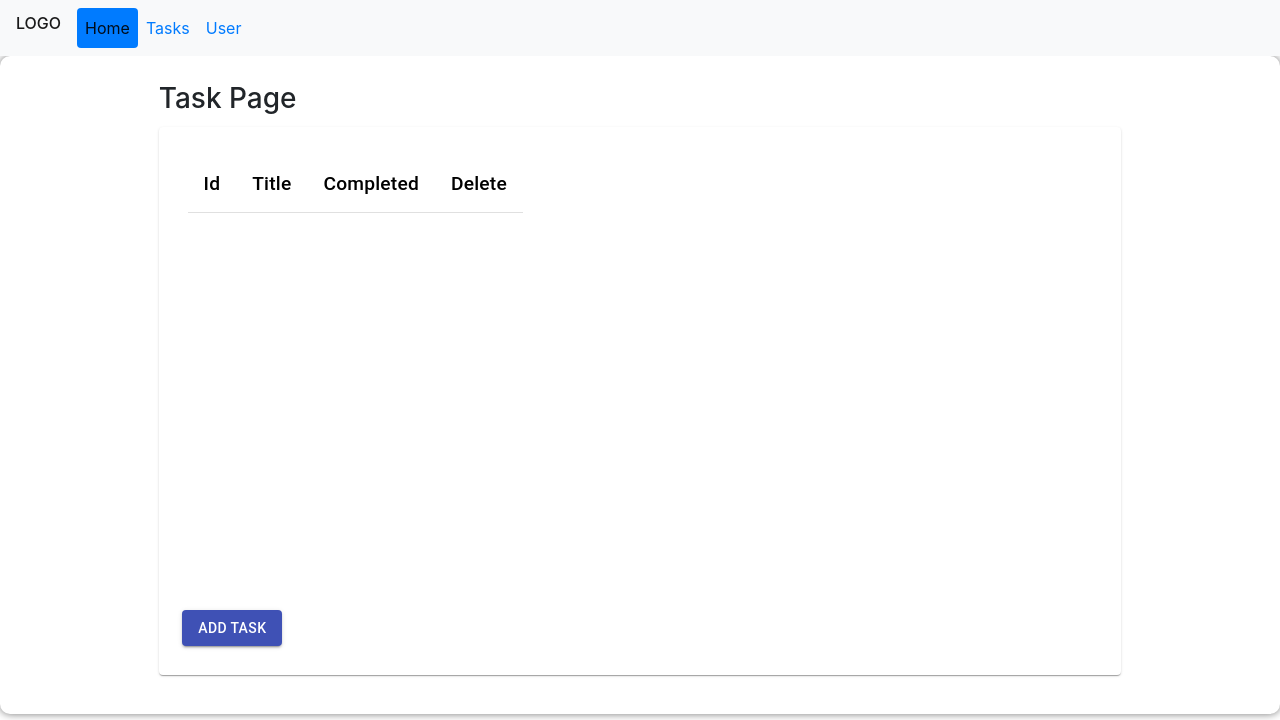
Repository: lalji-yadav/Nimapinfotech-demo-project
Page: /tasks
An editor plug-in stored every save of this project. The page is shown before and after the next save, followed by the edit.
The browser window is 1280 px wide. The pictures show the whole page.
The page's requests for data from a server got no answer. The project was rebuilt for these pictures with package versions that can differ from the ones it lists, and the page was loaded fresh each time. No one was signed in, and anything a server would have sent is missing. Also part of the build but not shown: src/components/Home.js, src/components/Users.js, src/components/Login.js.

Above is the page before, as saved 2021-01-18 11:45:44.

### src/App.js
// import './App.css';
import Navbar from "./components/Navbars";
import Login from "./components/Login";


function App() {
  return (
    <div>

    {/* <Login /> */}
    <Navbar />
    </div>
  );
}

export default App;

### src/components/Navbars.js
import React from 'react';
import { Navbar,Nav,NavDropdown,Form,FormControl ,Button } from 'react-bootstrap';
import {
  BrowserRouter as Router,
  Switch,
  Route,
  Link
} from "react-router-dom";

import Home from "./Home";
import Tasks from "./Tasks";
import User from "./Users";
import Login from "./Login";


const Navbars=()=> {
        return (
            <div>

              <Router>
                  <Navbar bg="light" expand="lg">
                      <Navbar.Brand> <h6>LOGO</h6></Navbar.Brand>
                      <Navbar.Toggle aria-controls="basic-navbar-nav" />
                      <Navbar.Collapse id="basic-navbar-nav">
                      <Nav variant="pills" defaultActiveKey="/">
                        <Nav.Item>
                          <Nav.Link href="/">Home </Nav.Link>
                        </Nav.Item>
                        <Nav.Item>
                          <Nav.Link eventKey="link-1"> <Link to="/tasks"> Tasks </Link> </Nav.Link>
                        </Nav.Item>
                        <Nav.Item>
                          <Nav.Link eventKey="link-2">
                          <Link to="/user"> User </Link>
                          </Nav.Link>
                        </Nav.Item>
                      </Nav>
                      </Navbar.Collapse>
                    </Navbar>


                    <Switch>
                      <Route exact path="/" component={Home} />

                      <Route exact path="/user" component={User} />

                      <Route exact path="/tasks" component={Tasks} />

                      <Route exact path="/login" component={Login} />

                    </Switch>
             </Router>

            </div>
        );
    }

export default Navbars;

### src/components/Tasks.js
import axios from 'axios';
import React, { useEffect, useState } from 'react';
import { Card,Table,TableHead,TableRow,TableCell,TableBody,Button } from "@material-ui/core";
import '../App.css';

function Tasks() {

    const [data, setData] = useState([]);

    useEffect(() => {
        axios.get('http://jsonplaceholder.typicode.com/todos').then((res) => {
            // console.log(res)
            setData(res.data);
            console.log(res.data);
        }).catch((error) => {
            console.log(error);
        });
    }, []);

    return (
        <div className="effect1" style={{ padding: "2% 3% 3% 3%" }}>
            <h3 style={{marginLeft:'10%'}}>Task Page</h3>

            <Card style={{ width: "80%", margin: "1% 10% 0% 10%"}}>

                <Table aria-label="simple table">
                    <div className="scroll-tab">

                    <TableHead>
                        <TableRow>
                            <TableCell style={{ fontSize: "1.5vw", color: "black" }} align="center">Id</TableCell>
                            <TableCell style={{ fontSize: "1.5vw", color: "black" }} align="center">Title</TableCell>
                            <TableCell style={{ fontSize: "1.5vw", color: "black" }} align="center">Completed</TableCell>
                            <TableCell style={{ fontSize: "1.5vw", color: "black" }} align="center">Delete</TableCell>
                        </TableRow>
                    </TableHead>

                    <TableBody>
                        {data.filter((item) => !item.hidden).map((item, row) => (
                            <TableRow key={row.id}>
                                <TableCell style={{ fontSize: "1.3vw" }} align='center'>
                                    {item.id}
                                </TableCell>
                                <TableCell style={{ fontSize: "1.3vw" }} align="center">{item.title}</TableCell>
                                <TableCell style={{ fontSize: "1.3vw" }} align="center">{item.completed ? "True" : "False"}</TableCell>
                                <TableCell style={{ fontSize: "1.3vw" }} align="center">
                                    <Button style={{ fontSize: "1vw" }} variant="contained" color="secondary">Delete</Button>
                                </TableCell>
                            </TableRow>
                        ))}
                    </TableBody>

                    </div>
                </Table>

                <div className="row" style={{padding:'1% 0% 3% 4%'}}>
                    <Button variant="contained" color="primary"> Add Task </Button>

                </div>


            </Card>
        </div>
    );
}

export default Tasks;

### src/App.css
.scroll-tab {
    height: 55vh;
    margin: 3% 3% 5% 3%;
    overflow-y: scroll;
    border: "1px solid red";
}
::-webkit-scrollbar{
    width: 12px;
    height: 12px;
}
::-webkit-scrollbar-track {
    box-shadow: inset 0 0 10px #4A4A4A;
    border-radius: 10px;
    }

    ::-webkit-scrollbar-thumb {
    border-radius: 10px;
    background: #4A4A4A;
}

.effect1{
        box-shadow: 0px 0px 8px #777;
        border-radius: 10px;
}

Loaded but not shown: public/index.html (common file); src/index.js (common file); src/index.css (common file); src/reportWebVitals.js (common file)

After the next save:
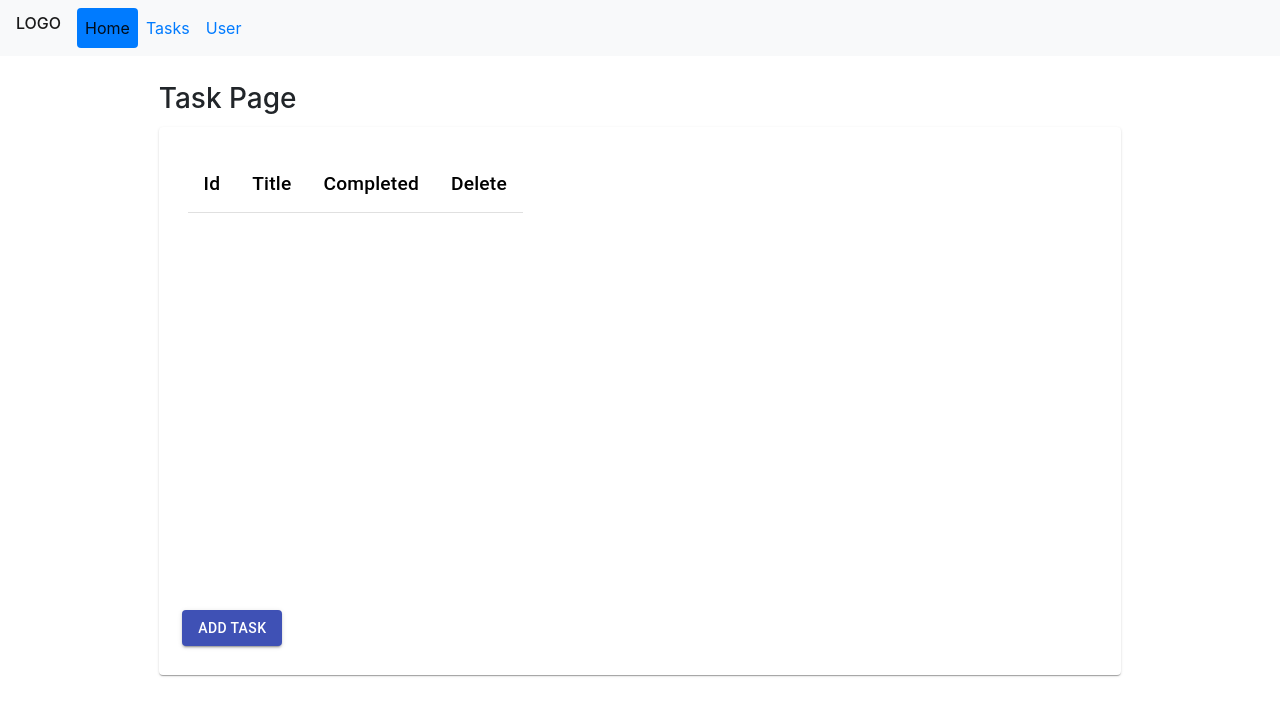
Saved 102 s later.
--- a/src/components/Tasks.js
+++ b/src/components/Tasks.js
@@ -18,10 +18,10 @@ function Tasks() {
     }, []);
 
     return (
-        <div className="effect1" style={{ padding: "2% 3% 3% 3%" }}>
+        <div style={{ padding: "2% 3% 3% 3%" }}>
             <h3 style={{marginLeft:'10%'}}>Task Page</h3>
 
-            <Card style={{ width: "80%", margin: "1% 10% 0% 10%"}}>
+            <Card className="effect1" style={{ width: "80%", margin: "1% 10% 0% 10%"}}>
 
                 <Table aria-label="simple table">
                     <div className="scroll-tab">
